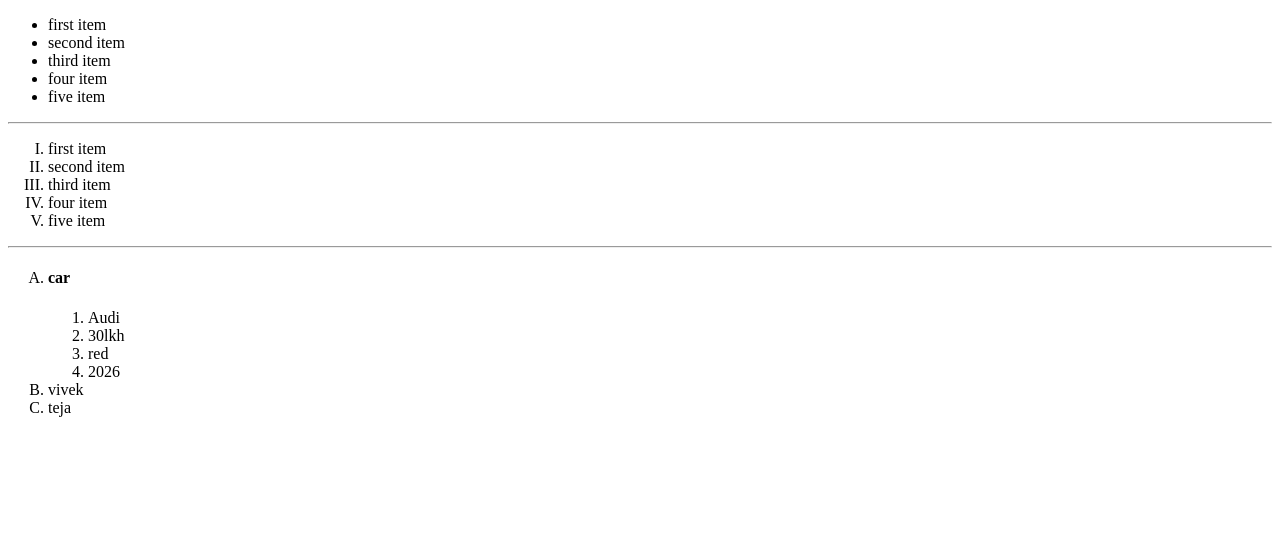
Repository: viveknaidu007/repo-166-Full-Stack-Development-Learning-Notes-Innomatics-2024
Page: module_1-html,css,bootstrap/spet_20_2024/index.html
The author's editor kept a copy of each file at every save. The page is drawn from the files as they stood at one save, then again after the next save.
The browser window is 1280 px wide. The pictures show the whole page.

Above is the page before, as saved 2024-09-21 12:02:24.

### module_1-html,css,bootstrap/spet_20_2024/index.html
<!DOCTYPE html>
<html lang="en">
<head>
    <meta charset="UTF-8">
    <meta name="viewport" content="width=device-width, initial-scale=1.0">
    <title>Document</title>
</head>
<body>
    <ul>
        <li> first item</li>
        <li> second item</li>
        <li> third item</li>
        <li> four item</li>
        <li> five item</li>
    </ul>

    <hr>

    <ol type="I">
        <li> first item </li>
        <li> second item </li>
        <li> third item </li>
        <li> four item </li>
        <li> five item </li>
    </ol>

    <hr>

    <ol type="A">
        <li>
            <h4> car </h4>
            <ol>
                <li> Audi </li>
                <li> 30lkh </li>
                <li> red </li>
                <li> 2026 </li>
            </ol>
        </li>
        <li> vivek </li>
        <li> teja </li>

    </ol>

</body>
</html>

After the next save:
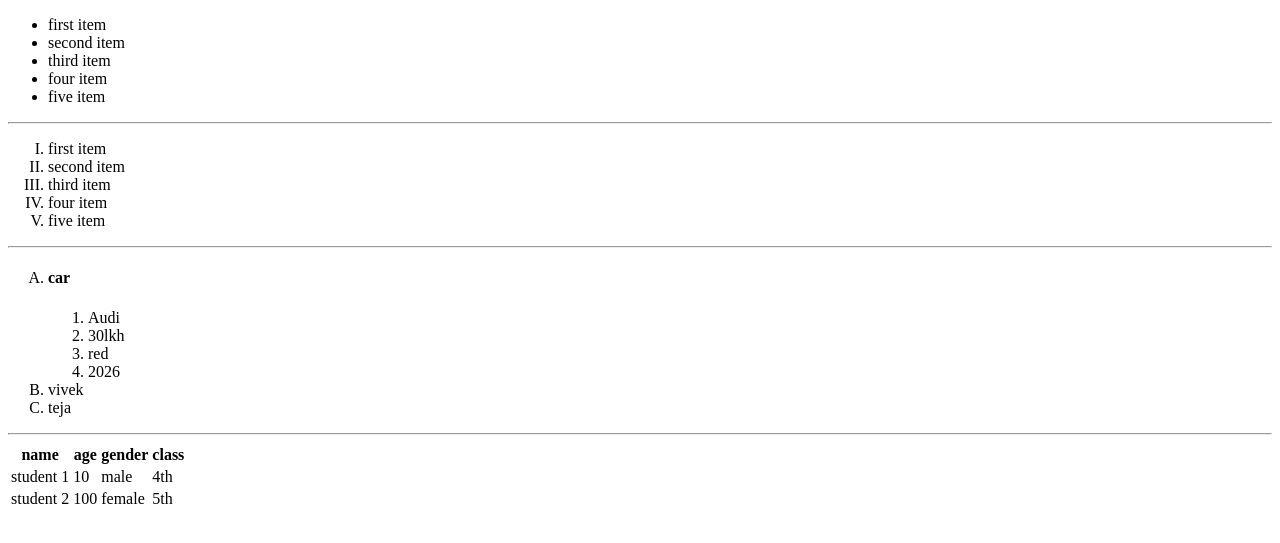
Saved 19 min 9 s later.
--- a/module_1-html,css,bootstrap/spet_20_2024/index.html
+++ b/module_1-html,css,bootstrap/spet_20_2024/index.html
@@ -38,8 +38,33 @@
         </li>
         <li> vivek </li>
         <li> teja </li>
+    </ol>
 
-    </ol>
+    <hr>
+
+    <table>
+        <tr>
+            <th> name </th>
+            <th> age </th>
+            <th> gender </th>
+            <th> class </th>
+        </tr>
+
+        <tr>
+            <td> student 1</td>
+            <td> 10 </td>
+            <td> male </td>
+            <td> 4th</td>
+        </tr>
+
+        <tr>
+            <td> student 2</td>
+            <td> 100 </td>
+            <td> female </td>
+            <td> 5th</td>
+        </tr>
+
+    </table>
 
 </body>
 </html>
